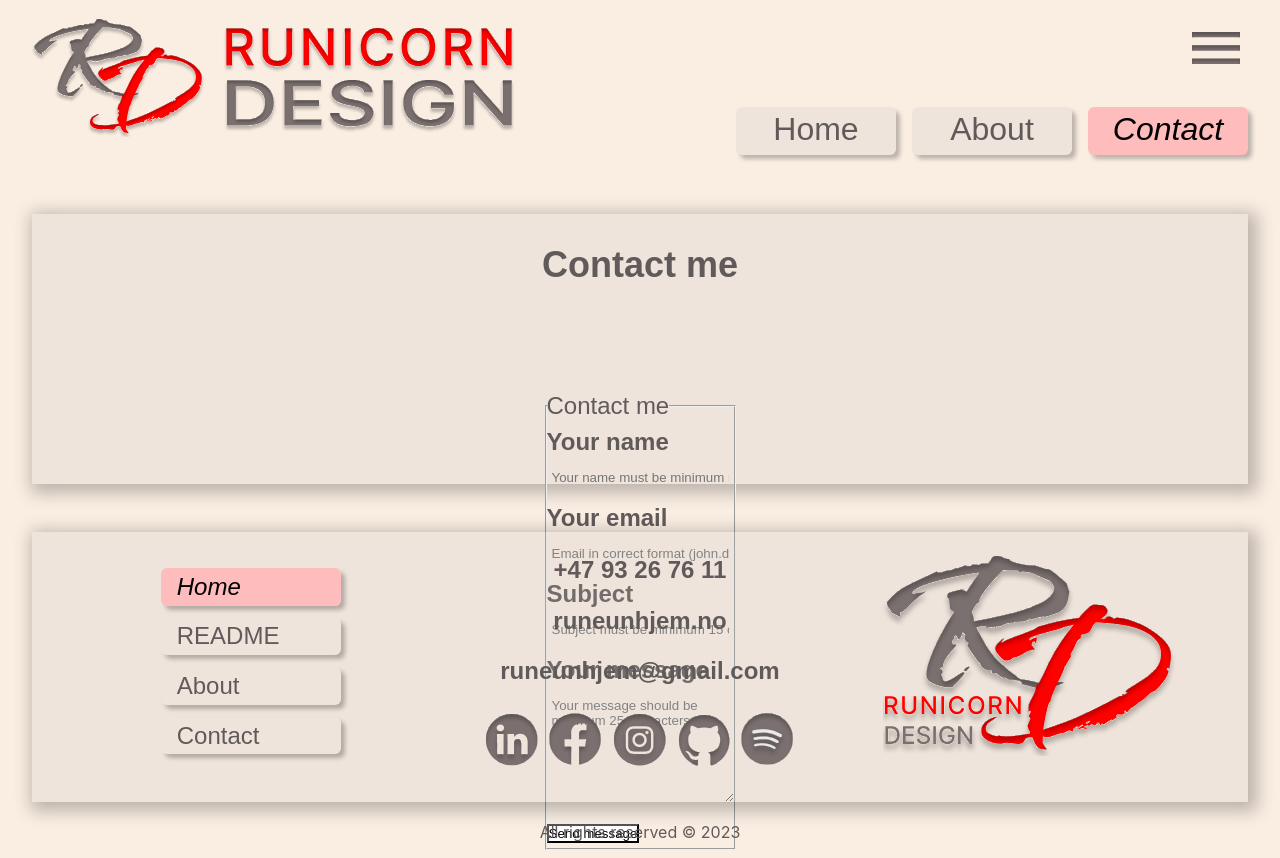
Repository: runeunhjem/portfolio1-ca
Page: contact.html
An editor plug-in stored every save of this project. The page is shown before and after the next save, followed by the edit.
The browser window is 1280 px wide. The pictures show the whole page.
Some web fonts or font styles are not loaded; a fallback is used. The style sheet was rebuilt from its Sass, Less or Tailwind sources for each picture, by a compiler version that may differ from the author's.

Above is the page before, as saved 2023-06-08 05:59:18.

After the next save:
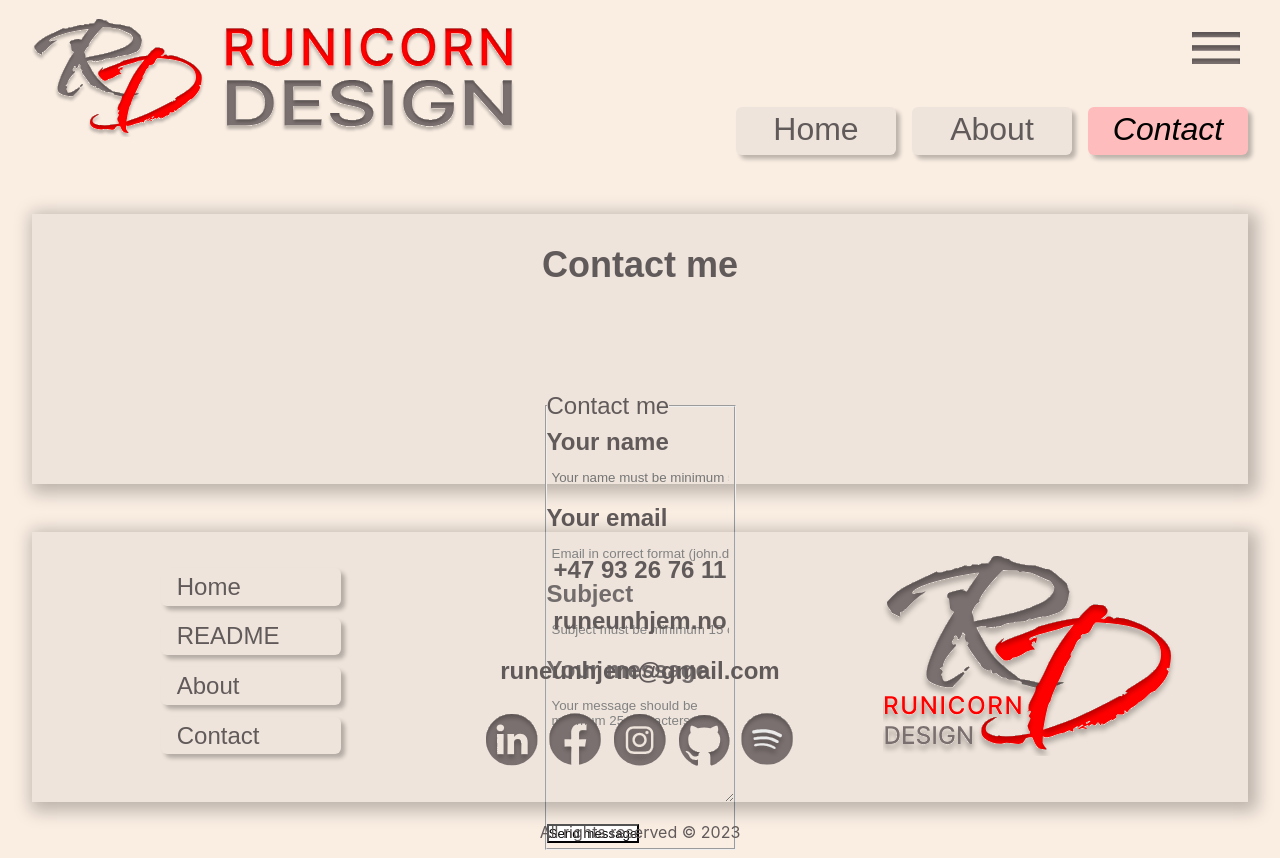
Saved 68 s later.
--- a/contact.html
+++ b/contact.html
@@ -79,7 +79,7 @@
       <nav class="footer-nav" aria-label="Footer navigation">
         <ul class="footer-links">
           <li class=" menu-item flex">
-            <a class="link-reset active" href="index.html">Home</a>
+            <a class="link-reset" href="index.html">Home</a>
           </li>
           <li class=" menu-item flex">
             <a class="link-reset" href="https://github.com/runeunhjem/portfolio1-ca/blob/main/README.md">README</a>
